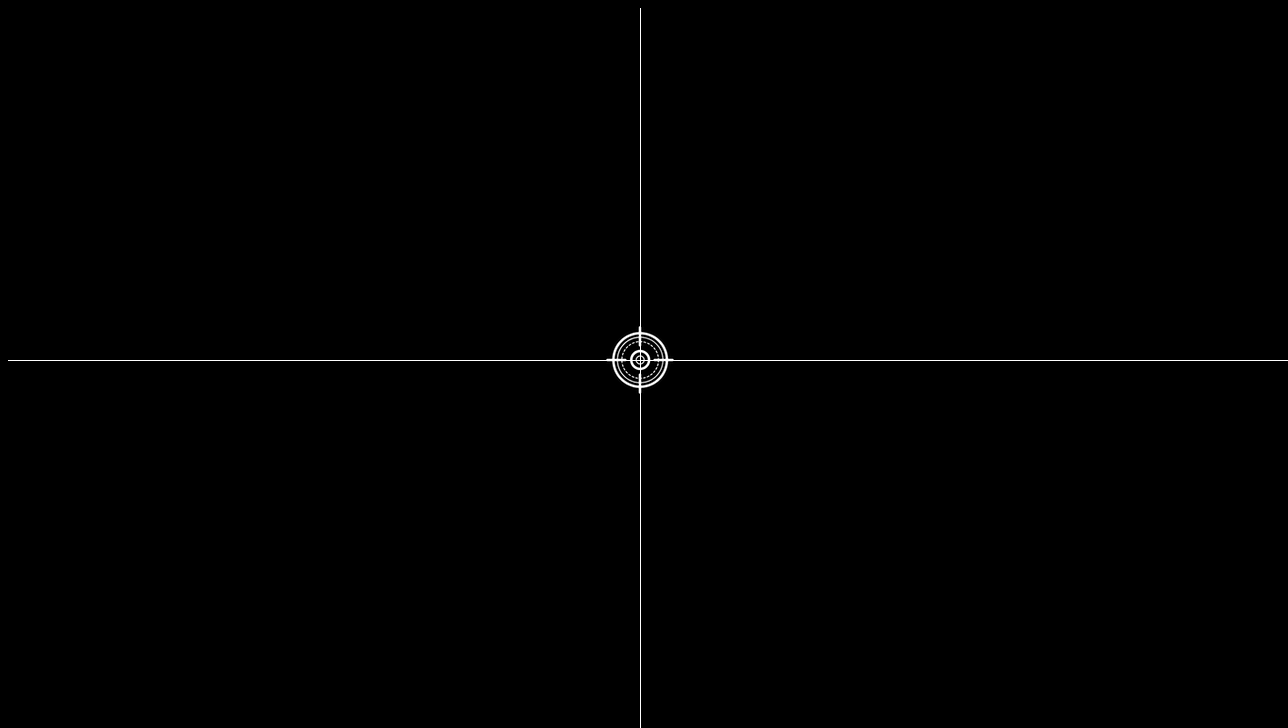
Repository: ggandory/browser101
Page: chapter3/coordinates/index.html
These files come from the project's save history. The page is drawn as it stood at one moment and after the next save; the edit follows.
The browser window is 1280 px wide. The page is 1288 px wide, so the pictures cover 1288 px, including what lies to the right of the window. The pictures show the whole page.

Above is the page before, as saved 2024-04-04 22:52:35.

After the next save:
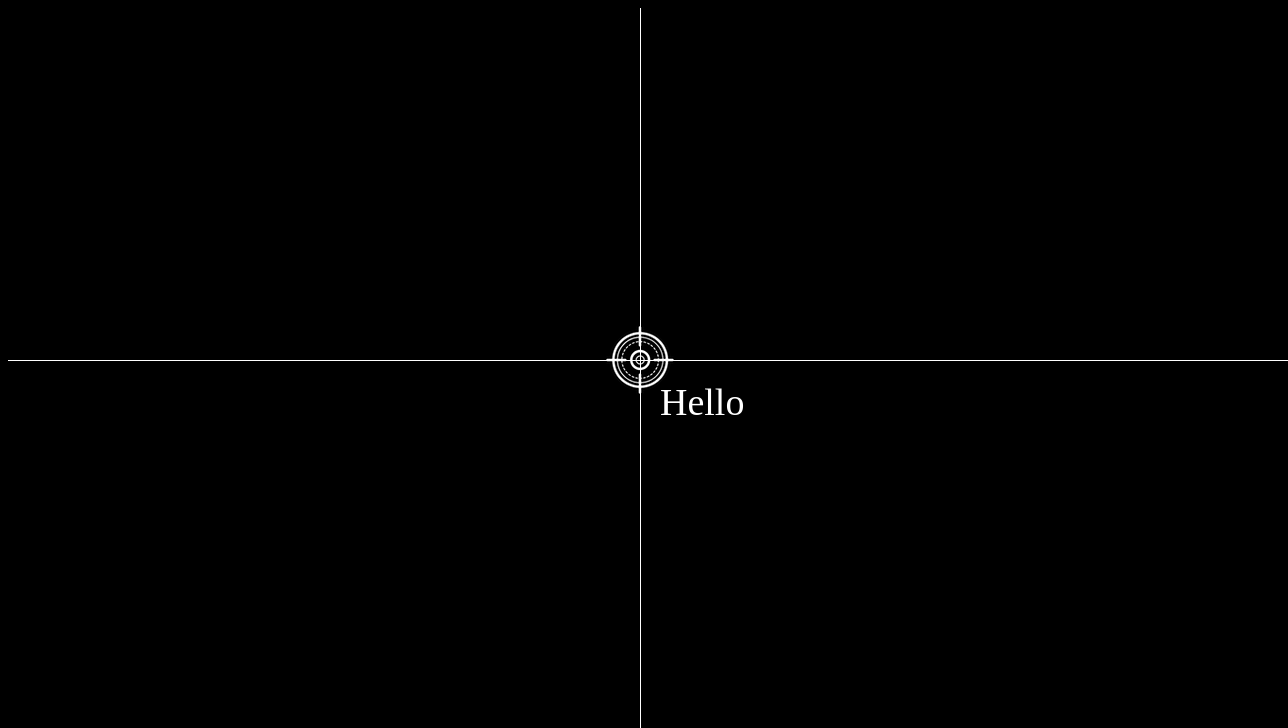
Saved 2 min 11 s later.
--- a/chapter3/coordinates/index.html
+++ b/chapter3/coordinates/index.html
@@ -11,6 +11,6 @@
     <div class="line horizontal"></div>
     <div class="line vertical"></div>
     <img class="target" src="img/target.png" alt="target" />
-    <span class="tag"></span>
+    <span class="tag">Hello</span>
   </body>
 </html>
--- a/chapter3/coordinates/style.css
+++ b/chapter3/coordinates/style.css
@@ -21,3 +21,11 @@
   left: 50%;
   transform: translate(-50%, -50%);
 }
+.tag {
+  color: white;
+  position: absolute;
+  top: 50%;
+  left: 50%;
+  font-size: 38px;
+  transform: translate(20px, 20px);
+}
